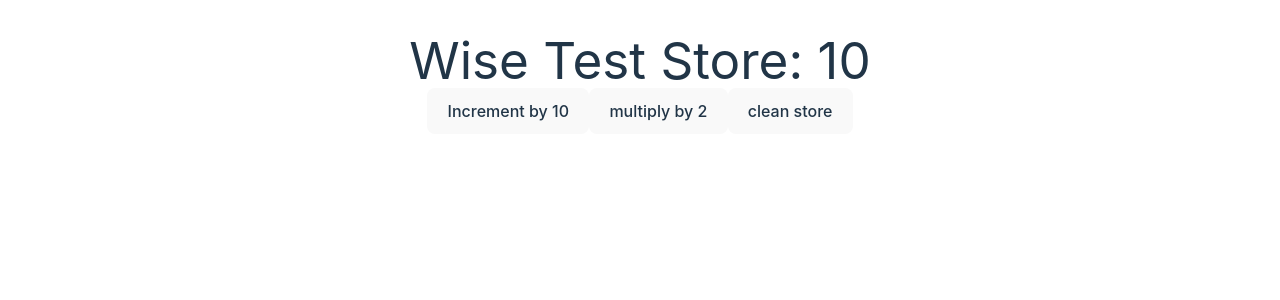
Repository: marianozamora/reactredux-wise
Page: /
The author's editor kept a copy of each file at every save. The page is drawn from the files as they stood at one save, then again after the next save.
The browser window is 1280 px wide. The pictures show the whole page.
The page's requests for data from a server got no answer. The project was rebuilt for these pictures with package versions that can differ from the ones it lists, and the page was loaded fresh each time. No one was signed in, and anything a server would have sent is missing. Also part of the build but not shown: vite.config.ts.

Above is the page before, as saved 2023-04-08 01:46:08.

### src/App.tsx
import React from "react";
import "./App.css";
import { useEffect } from "react";
import shallow from "zustand/shallow";
import { useCounterStore } from "./store/counterStore";


function App() {
  const { count, title, products } = useCounterStore(
    (state) => ({
      count: state.count,
      title: state.title,
      products: state.products,
    }),
    shallow
  );
  const { increment, getProducts, cleanStore, multiply } = useCounterStore();

  useEffect(() => {
    getProducts();
  }, []);

  return (
    <div className="md:container md:mx-auto ">
      <h1>
        {title}: {count}
      </h1>

      <div>
        <button
          onClick={() => {
            increment(10);
          }}
        >
          Increment by 10
        </button>

        <button onClick={() => multiply(2)}>multiply by 2</button>

        <button onClick={() => cleanStore()}>clean store</button>
      </div>

      <div className="flex justify-center flex-wrap flex-row  ">
      {
        products.map((product) => (


          <div key={product.id} className="max-w-sm bg-white border border-gray-200 rounded-lg shadow dark:bg-gray-800 dark:border-gray-700  m-2 w-full xl:w-[30%] lg:w-[48%]">
            <div
              className="bg-indigo-300 rounded-t-lg ">
              <img className="rounded-t-lg object-cover h-48 w-96 " src={product.image} alt="" />
            </div>
              <div className="p-3">
                  <a href="#">
                    <h5 className="mb-2 text-2xl font-bold tracking-tight text-gray-900 dark:text-white">{ product.title }</h5>
                  </a>
              {/* <p className="mb-3 font-normal text-gray-700 dark:text-gray-400">{product.description}</p> */}

                  <a href="#" className="inline-flex items-center px-3 py-2 text-sm font-medium text-center text-white bg-green-500 rounded-lg hover:bg-green-600 focus:ring-green-300 dark:bg-green-400 dark:hover:bg-green-500 ">
                      Read more
                  </a>
              </div>
          </div>

        ))
      }

      </div>
    </div>
  );
}

export default App;

### src/index.css
@tailwind base;
@tailwind components;
@tailwind utilities;


:root {
  font-family: Inter, system-ui, Avenir, Helvetica, Arial, sans-serif;
  line-height: 1.5;
  font-weight: 400;

  color-scheme: light dark;
  color: rgba(255, 255, 255, 0.87);
  background-color: #242424;

  font-synthesis: none;
  text-rendering: optimizeLegibility;
  -webkit-font-smoothing: antialiased;
  -moz-osx-font-smoothing: grayscale;
  -webkit-text-size-adjust: 100%;
}

/* a {
  font-weight: 500;
  color: #646cff;
  text-decoration: inherit;
}
a:hover {
  color: #535bf2;
} */

body {
  margin: 0;
  display: flex;
  place-items: center;
  /* min-width: 320px;
  min-height: 100vh; */
}

h1 {
  font-size: 3.2em;
  line-height: 1.1;
}

button {
  border-radius: 8px;
  border: 1px solid transparent;
  padding: 0.6em 1.2em;
  font-size: 1em;
  font-weight: 500;
  font-family: inherit;
  background-color: #1a1a1a;
  cursor: pointer;
  transition: border-color 0.25s;
}
/* button:hover {
  border-color: #646cff;
}
button:focus,
button:focus-visible {
  outline: 4px auto -webkit-focus-ring-color;
} */

@media (prefers-color-scheme: light) {
  :root {
    color: #213547;
    background-color: #ffffff;
  }
  a:hover {
    color: white;
  }
  button {
    background-color: #f9f9f9;
  }
}

### src/App.css

#root {
  max-width: 1280px;
  margin: 0 auto;
  padding: 2rem;
  text-align: center  ;
}

/* .logo {
  height: 6em;
  padding: 1.5em;
  will-change: filter;
  transition: filter 300ms;
} */
/* .logo:hover {
  filter: drop-shadow(0 0 2em #646cffaa);
}
.logo.react:hover {
  filter: drop-shadow(0 0 2em #61dafbaa);
} */

@keyframes logo-spin {
  from {
    transform: rotate(0deg);
  }
  to {
    transform: rotate(360deg);
  }
}

@media (prefers-reduced-motion: no-preference) {
  a:nth-of-type(2) .logo {
    animation: logo-spin infinite 20s linear;
  }
}

.card {
  padding: 2em;
}

.read-the-docs {
  color: #888;
}

### src/store/counterStore.ts
import create from "zustand";

export interface Product {
    id: number;
    title: string;
    body: string;
    price: number;
    category: string;
    description: string;
    image: string;
    rating: {
        rate: number;
        count: number;
    };
}

interface CounterState {
  count: number;
  title: string;
  products: Product[];
  increment: (value: number) => void;
  getProducts: () => Promise<void>;
  cleanStore: () => void;
  multiply: (value: number) => void;
}

export const useCounterStore = create<CounterState>((set, get) => ({
  title: "Wise Test Store",
  count: 10,
  products: [],
  increment: (value: number) =>
    set((state) => ({ ...state, count: state.count + value })),
  getProducts: async () => {
    const products = await (
      await fetch("https://fakestoreapi.com/products")
    ).json();
    set((state) => ({ ...state, products }));
  },
  cleanStore: () => set({}, true),
  multiply: (value: number) => {
    // const count = get().count
    const { count } = get();
    set({ count: count * value });
  },
}));

Loaded but not shown: index.html (common file); src/main.tsx (common file); tailwind.config.js (common file)

After the next save:
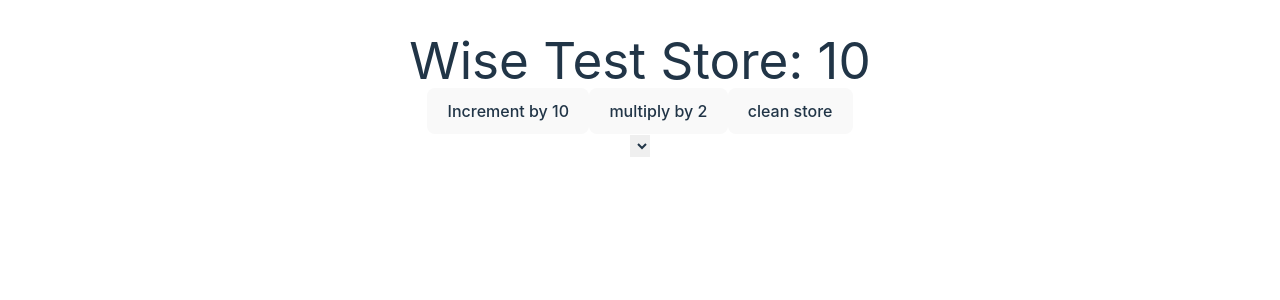
Saved 42 s later.
--- a/src/App.tsx
+++ b/src/App.tsx
@@ -40,6 +40,12 @@ function App() {
         <button onClick={() => cleanStore()}>clean store</button>
       </div>
 
+      <form>
+        <select>
+
+        </select>
+      </form>
+
       <div className="flex justify-center flex-wrap flex-row  ">
       {
         products.map((product) => (
